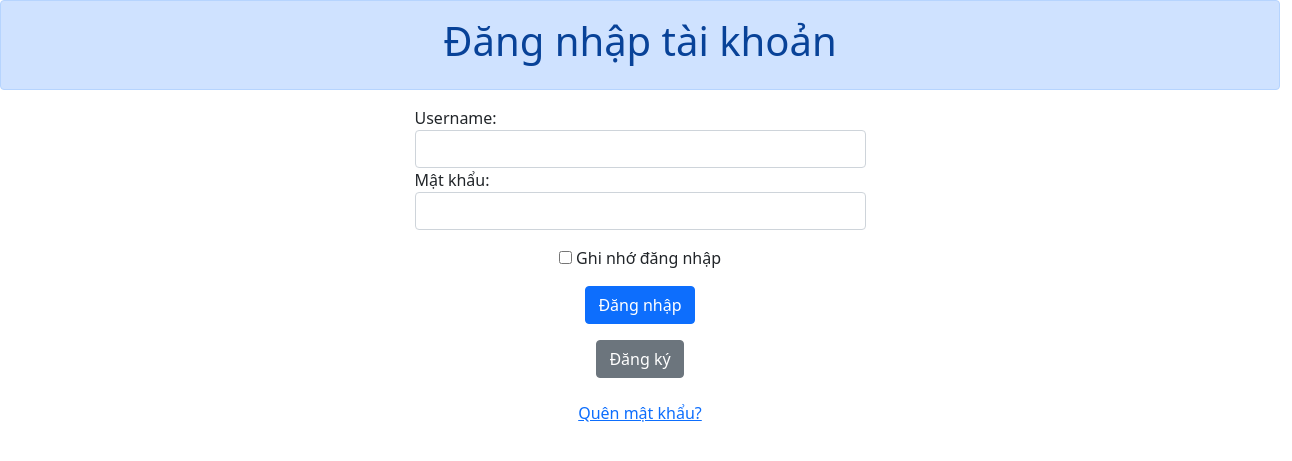
Repository: Carwyn1101/NguyenDinhHongPhuc_22133041
Page: http://localhost/LapTrinhWeb/views/login.jsp
An editor plug-in stored every save of this project. The page is shown before and after the next save, followed by the edit.
The browser window is 1280 px wide. The page is 1292 px wide, then 1280 px, then 1292 px, so the pictures cover 1292 px, including what lies to the right of the window. The pictures show the whole page.
The page is served by Tomcat 10. Nobody is signed in. The application's start-up code is not run. Other server files are loaded and not shown.

Above is the page before, as saved 2024-09-22 06:59:14.

### LapTrinhWeb/src/main/webapp/views/login.jsp
<!--<%@ page language="java" contentType="text/html; charset=UTF-8"
	pageEncoding="UTF-8"%>
<%@ taglib prefix="c" uri="http://java.sun.com/jsp/jstl/core"%>
<!DOCTYPE html>
<html>
<head> -->
<meta charset="UTF-8">
<meta name="viewport" content="width=device-width, initial-scale=1">
<!-- Bootstrap CSS -->
<link
	href="https://cdn.jsdelivr.net/npm/bootstrap@5.0.2/dist/css/bootstrap.min.css"
	rel="stylesheet">
<title>Đăng nhập tài khoản</title>
<!--</head> -->

<%
// String username = "";
// Cookie[] cookies = request.getCookies();
// if (cookies != null) {
// 	for (Cookie cookie : cookies) {
// 		if (cookie.getName().equals("username")) {
// 	username = cookie.getValue();
// 	break;
// 		}
// 	}
// }

String username = "";
Cookie[] cookies = request.getCookies();
Boolean remember = (Boolean) request.getAttribute("remember");
if ((remember != null && remember == false)) {
	return;
} else if (cookies != null) {
	for (Cookie cookie : cookies) {
		if (cookie.getName().equals("username")) {
	username = cookie.getValue();
	break;
		}
	}
}
%>


<!--<body> -->
	<header class="row">
		<div class="col">
			<div class="alert alert-primary col" align="center">
				<h1>Đăng nhập tài khoản</h1>
			</div>
		</div>
	</header>

	<div class="container">
		<div class="row justify-content-center">
			<div class="col-12 col-md-5">
				<form action="${pageContext.request.contextPath}/login"
					method="post">
					<c:if test="${alert != null}">
						<label class="alert alert-danger">${alert}</label>
					</c:if>

					<div class="form-group">
						<label for="username">Username:</label> <input type="text"
							id="username" name="username" class="form-control"
							value="<%=username%>" />
						<%-- 							${username != null ? username : ''} --%>
					</div>

					<div class="form-group">
						<label for="password">Mật khẩu: </label> <input type="password"
							id="password" name="password" class="form-control" />
					</div>

					<div class="form-group mt-3" align="center">
						<input type="checkbox" value="on" id="remember" name="remember"
							<%=(username != null && !username.isEmpty()) ? "checked" : ""%> />
						<label for="remember">Ghi nhớ đăng nhập</label>
					</div>

					<div class="form-group mt-3" align="center">
						<button type="submit" class="btn btn-primary">Đăng nhập</button>
					</div>

					<div class="form-group mt-3" align="center">
						<button type="button" class="btn btn-secondary"
							onclick="window.location.href='${pageContext.request.contextPath}/register'">Đăng
							ký</button>
					</div>

					<div class="form-group mt-3" align="center">
						<a href="${pageContext.request.contextPath}/forgetPassword"
							class="btn btn-link">Quên mật khẩu?</a>
					</div>

				</form>
			</div>
		</div>
	</div>
<!--</body> -->
<!--</html> -->

After the next save:
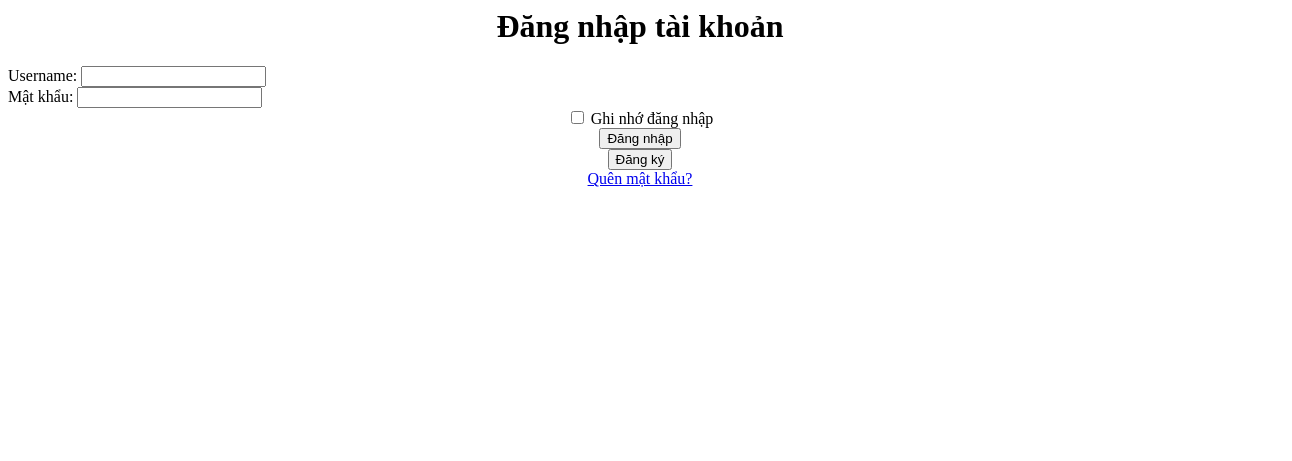
Saved 67 s later.
--- a/LapTrinhWeb/src/main/webapp/views/login.jsp
+++ b/LapTrinhWeb/src/main/webapp/views/login.jsp
@@ -4,12 +4,12 @@
 <!DOCTYPE html>
 <html>
 <head> -->
-<meta charset="UTF-8">
-<meta name="viewport" content="width=device-width, initial-scale=1">
+<!--<meta charset="UTF-8">
+<meta name="viewport" content="width=device-width, initial-scale=1"> -->
 <!-- Bootstrap CSS -->
-<link
+<!--<link
 	href="https://cdn.jsdelivr.net/npm/bootstrap@5.0.2/dist/css/bootstrap.min.css"
-	rel="stylesheet">
+	rel="stylesheet"> -->
 <title>Đăng nhập tài khoản</title>
 <!--</head> -->
 

After the save that followed:
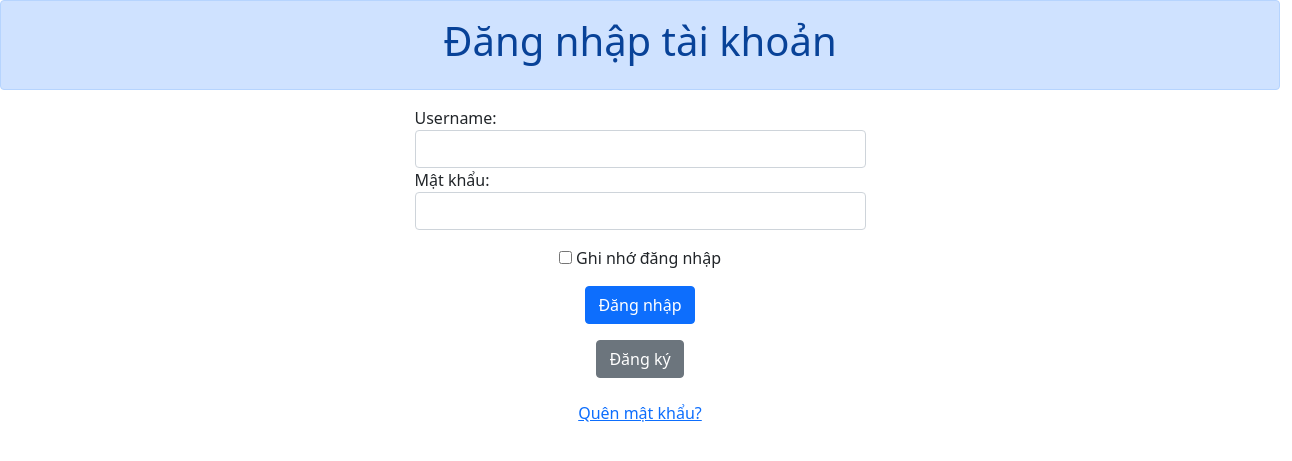
Saved 32 s later.
--- a/LapTrinhWeb/src/main/webapp/views/login.jsp
+++ b/LapTrinhWeb/src/main/webapp/views/login.jsp
@@ -7,9 +7,9 @@
 <!--<meta charset="UTF-8">
 <meta name="viewport" content="width=device-width, initial-scale=1"> -->
 <!-- Bootstrap CSS -->
-<!--<link
+<link
 	href="https://cdn.jsdelivr.net/npm/bootstrap@5.0.2/dist/css/bootstrap.min.css"
-	rel="stylesheet"> -->
+	rel="stylesheet">
 <title>Đăng nhập tài khoản</title>
 <!--</head> -->
 
